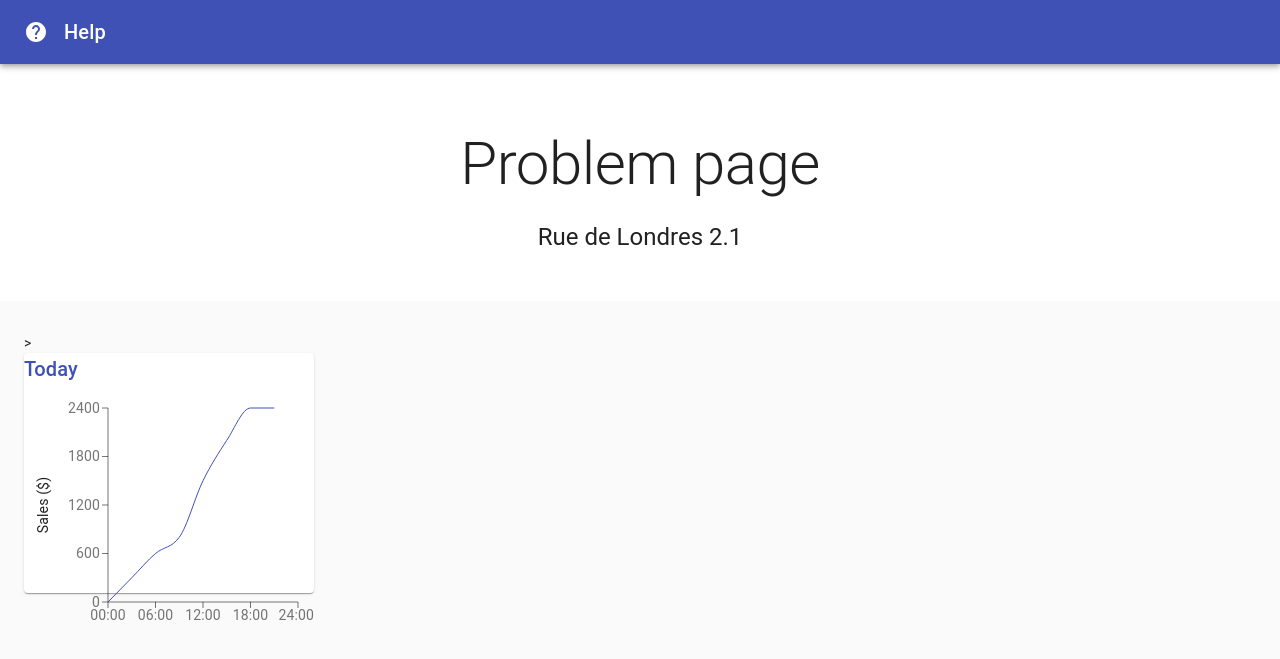
Repository: sapbrussels/intelligenthighway_webapp
Page: /Problempage (app in router/)
The author's editor kept a copy of each file at every save. The page is drawn from the files as they stood at one save, then again after the next save.
The browser window is 1280 px wide. The pictures show the whole page.
The project was rebuilt for these pictures with package versions that can differ from the ones it lists, and the page was loaded fresh each time. Also part of the build but not shown: router/src/App.css, router/src/Login.js, router/src/Maps.js, router/src/Jobspage.js, router/src/Direction.js, router/src/Maintenance.js, router/src/Help.js.

Above is the page before, as saved 2020-03-31 14:55:36.

### router/src/App.js
import React from 'react';
import {BrowserRouter, Route, Switch} from "react-router-dom";
import './App.css';
import Login from './Login';
import Jobspage from'./Jobspage';
import Maintenance from './Maintenance';
import Help from './Help';
import Problempage from './Problempage';

function App() {
  return (
    <BrowserRouter>
    <Switch>
     <Route path='/' exact component={Login}/>
     <Route path='/Jobspage' exact component={Jobspage}/>
     <Route path='/Maintenance' exact component={Maintenance}/>
     <Route path='/Help' exact component={Help}/>
     <Route path='/Problempage' exact component={Problempage}/>
     </Switch>
    </BrowserRouter>

  );
}

export default App;

### router/src/Problempage.js
import React from 'react';
import AppBar from '@material-ui/core/AppBar';
import HelpIcon from '@material-ui/icons/Help';
import Paper from '@material-ui/core/Paper';
import CssBaseline from '@material-ui/core/CssBaseline';
import Grid from '@material-ui/core/Grid';
import Toolbar from '@material-ui/core/Toolbar';
import Typography from '@material-ui/core/Typography';
import { makeStyles } from '@material-ui/core/styles';
import Container from '@material-ui/core/Container';

import Voltage from './Voltage';

const useStyles = makeStyles((theme) => ({
  icon: {
    marginRight: theme.spacing(2),
  },
  heroContent: {
    backgroundColor: theme.palette.background.paper,
    padding: theme.spacing(8, 0, 6),
  },
  heroButtons: {
    marginTop: theme.spacing(4),
  },
  cardGrid: {
    paddingTop: theme.spacing(8),
    paddingBottom: theme.spacing(8),
  },
  card: {
    height: '100%',
    display: 'flex',
    flexDirection: 'column',

  },
  cardMedia: {
    paddingTop: '100%', // 16:9
  },
  cardContent: {
    flexGrow: 1,
  },
  footer: {
    backgroundColor: theme.palette.background.paper,
    padding: theme.spacing(6),
  },
  container: {
    paddingTop: theme.spacing(4),
    paddingBottom: theme.spacing(4),
  },
  paper: {
    height: 240,
  },
}));



export default function Album() {
  const classes = useStyles();

  return (
    <React.Fragment>
      <CssBaseline />
      <AppBar position="relative">
        <Toolbar>
          <HelpIcon className={classes.icon} />
          <Typography variant="h6" color="inherit" noWrap>
            Help
          </Typography>
        </Toolbar>
      </AppBar>
      <main>
        {/* Hero unit */}
        <div className={classes.heroContent}>
          <Container maxWidth="sm">
            <Typography component="h1" variant="h2" align="center" color="textPrimary" gutterBottom>
              Problem page
            </Typography>

              <Grid container spacing={2} justify="center">
                <Grid item>
                <Typography variant="h5">
                 Rue de Londres 2.1
                </Typography>
                </Grid>
              </Grid>

          </Container>
        </div>
        <main className={classes.content}>
        <div className={classes.appBarSpacer} />
        <Container maxWidth="lg" className={classes.container}> {/* lg */}
          <Grid container spacing={3}>
          <Grid  item xs={12} md={4} lg={3}> >
              <Paper className={classes.paper}>
                <Voltage />
              </Paper>
            </Grid>
          </Grid>
        </Container>
      </main>
    </main>
    </React.Fragment>
  );
}

### router/src/listItems.js
import React from 'react';
import ListItem from '@material-ui/core/ListItem';
import ListItemIcon from '@material-ui/core/ListItemIcon';
import ListItemText from '@material-ui/core/ListItemText';
import DashboardIcon from '@material-ui/icons/Dashboard';
import ShoppingCartIcon from '@material-ui/icons/ShoppingCart';
import PeopleIcon from '@material-ui/icons/People';
import { Link } from "react-router-dom";

export const mainListItems = (
  <div>
        <ListItem >
          <ListItemIcon>
            <DashboardIcon />
          </ListItemIcon>
          <ListItemText  primary="jobs page" />
        </ListItem>
      <Link to='/Maintenance'>
          <ListItem button>
          <ListItemIcon>
            <ShoppingCartIcon />
          </ListItemIcon>
          <ListItemText primary="History" />
        </ListItem></Link>
      <Link to='/Help'>
          <ListItem button>
          <ListItemIcon>
            <PeopleIcon />
          </ListItemIcon>
          <ListItemText primary="help" />
        </ListItem></Link>
  </div>
);

### router/src/LightStatus.js
import React from 'react';
import Link from '@material-ui/core/Link';
import { makeStyles } from '@material-ui/core/styles';
import Table from '@material-ui/core/Table';
import TableBody from '@material-ui/core/TableBody';
import TableCell from '@material-ui/core/TableCell';
import TableHead from '@material-ui/core/TableHead';
import TableRow from '@material-ui/core/TableRow';
import Rectangle from 'react-rectangle';
import Title from './Title';



// Generate Order Data
function createData(id, street_light, status,light) {
  return { street_light, status, light};
}

const rows = [
  createData(0, 'Boulevard Avroy 1.9', 'ON', <Rectangle aspectRatio={[3,3]}>
  <div style={{ background: '#008000',  width: '40%', height: '40%' }} />
</Rectangle>),
  createData(1, 'Rue de Londres 2.1', 'OFF',<Rectangle aspectRatio={[3,3]}>
  <div style={{ background: '#FFFFFF', width: '40%', height: '40%' }} />
</Rectangle>),
  createData(2, 'Rue de Londres 2.3', 'X',<Rectangle aspectRatio={[3,3]}>
  <div style={{ background: '#FF0000', width: '40%', height: '40%' }} />
</Rectangle>),
];

function preventDefault(event) {
  event.preventDefault();
}

const useStyles = makeStyles((theme) => ({
  seeMore: {
    marginTop: theme.spacing(3),
    padding: '20px',
    borderRadius:'10px',
  },
}));

export default function LightStatus() {
  const classes = useStyles();
  return (
    <React.Fragment>
      <Title>Light status</Title>
      <Table size="small">
        <TableHead>
          <TableRow>
            <TableCell>street light</TableCell>
            <TableCell>status</TableCell>
            <TableCell></TableCell>
          </TableRow>
        </TableHead>
        <TableBody>
          {rows.map((row) => (
            <TableRow key={row.id}>
              <TableCell>{row.street_light}</TableCell>
              <TableCell> {row.status}</TableCell>
              <TableCell> {row.light}</TableCell>
            </TableRow>
          ))}
        </TableBody>
      </Table>
      <div className={classes.seeMore}>
        <Link color="primary" href="#" onClick={preventDefault}>
          See more lights
        </Link>
      </div>
    </React.Fragment>
  );
}

### router/src/Jobslist.js
import React from 'react';
import {Link} from 'react-router-dom';
import { makeStyles } from '@material-ui/core/styles';
import Table from '@material-ui/core/Table';
import TableBody from '@material-ui/core/TableBody';
import TableCell from '@material-ui/core/TableCell';
import TableHead from '@material-ui/core/TableHead';
import TableRow from '@material-ui/core/TableRow';
import Title from './Title';

// Generate Order Data
function createData(id, location, job, accept, info) {
  return { id, location, job, accept, info };
}

const rows = [
    createData(0, 'Boulevard Avroy 1.9', 'Maintenance',<Link to="/Maintenance"><button>Accept</button></Link>),
    createData(1, 'Rue de Londres 2.1', 'Fix issue',<button>Accept</button>, <Link to="/Problempage"><button>find more info</button></Link>),
];

function preventDefault(event) {
  event.preventDefault();
}

const useStyles = makeStyles((theme) => ({
  seeMore: {
    marginTop: theme.spacing(3),
    padding: '20px',
    borderRadius:'10px',
  },
}));

    export default function Jobslist() {
    const classes = useStyles();
    return (
        <React.Fragment>
        <Title>jobs available</Title>
        <Table size="small">
            <TableHead>
            <TableRow>
                <TableCell>location</TableCell>
                <TableCell>job</TableCell>
                <TableCell>Accept the job</TableCell>
                <TableCell>More info</TableCell>
            </TableRow>
            </TableHead>
            <TableBody>
            {rows.map((row) => (
                <TableRow key={row.id}>
                <TableCell>{row.location}</TableCell>
                <TableCell>{row.job}</TableCell>
                <TableCell>{row.accept}</TableCell>
                <TableCell>{row.info}</TableCell>
                </TableRow>
            ))}
            </TableBody>
        </Table>
        <div className={classes.seeMore}>
            <Link color="primary" href="#" onClick={preventDefault}>
            See more orders
            </Link>
        </div>
        </React.Fragment>
    );
}

### router/src/Checklist.js
import React from 'react';
import Link from '@material-ui/core/Link';
import { makeStyles } from '@material-ui/core/styles';
import Table from '@material-ui/core/Table';
import TableBody from '@material-ui/core/TableBody';
import TableCell from '@material-ui/core/TableCell';
import TableHead from '@material-ui/core/TableHead';
import TableRow from '@material-ui/core/TableRow';
import Title from './Title';
import { Checkbox } from '@material-ui/core';

// Generate Order Data
function createData(id, check, tasks) {
  return { id, check, tasks };
}

const rows = [
  createData(0, <Checkbox></Checkbox>,'Turn all switches OFF & ON to stop dust build up'),
  createData(1, <Checkbox></Checkbox>,'turn all circuit-breakers OFF and reset'),
  createData(2, <Checkbox></Checkbox>,'Check for high resistance joints'),
  createData(3, <Checkbox></Checkbox>,'clean PE cell faces then cover to test functionnality'),
  createData(4, <Checkbox></Checkbox>,'check MEN and earthing'),
  createData(0, <Checkbox></Checkbox>,'Luminaire cleaning and inspection'),
  createData(1, <Checkbox></Checkbox>,'Inspect for any sign of vermin damage in the cabinet'),
  createData(2, <Checkbox></Checkbox>,'Remove grafitit on cabinet'),
  createData(3, <Checkbox></Checkbox>,'Trim all trees that interfere with solar-panels and light output of lulinaires'),
  createData(4, <Checkbox></Checkbox>,'Check all support structures for their integreties'),
  createData(3, <Checkbox></Checkbox>,'Installation, maintenance and replacement of post indentification label'),
  createData(4, <Checkbox></Checkbox>,'Installation, maintenace and replacement of supply point indentification labels'),
];


const useStyles = makeStyles((theme) => ({
  seeMore: {
    marginTop: theme.spacing(3),

  },
}));

export default function Orders() {
  const classes = useStyles();
  return (
    <React.Fragment>
      <Title>Maintenance checklist</Title>
      <Table size="small">
        <TableHead>
          <TableRow>
            <TableCell></TableCell>
            <TableCell>tasks</TableCell>

          </TableRow>
        </TableHead>
        <TableBody>
          {rows.map((row) => (
            <TableRow key={row.id}>
              <TableCell>{row.check}</TableCell>
              <TableCell>{row.tasks}</TableCell>
            </TableRow>
          ))}
        </TableBody>
      </Table>
      <div className={classes.seeMore}>
        <Link><button>Finished</button></Link>
      </div>
    </React.Fragment>
  );
}

### router/src/Voltage.js
import React from 'react';
import { useTheme } from '@material-ui/core/styles';
import { LineChart, Line, XAxis, YAxis, Label, ResponsiveContainer } from 'recharts';
import Title from './Title';

// Generate Sales Data
function createData(time, amount) {
  return { time, amount };
}

const data = [
  createData('00:00', 0),
  createData('03:00', 300),
  createData('06:00', 600),
  createData('09:00', 800),
  createData('12:00', 1500),
  createData('15:00', 2000),
  createData('18:00', 2400),
  createData('21:00', 2400),
  createData('24:00', undefined),
];

export default function Chart() {
  const theme = useTheme();

  return (
    <React.Fragment>
      <Title>Today</Title>
      <ResponsiveContainer>
        <LineChart
          data={data}
          margin={{
            top: 16,
            right: 16,
            bottom: 0,
            left: 24,
          }}
        >
          <XAxis dataKey="time" stroke={theme.palette.text.secondary} />
          <YAxis stroke={theme.palette.text.secondary}>
            <Label
              angle={270}
              position="left"
              style={{ textAnchor: 'middle', fill: theme.palette.text.primary }}
            >
              Sales ($)
            </Label>
          </YAxis>
          <Line type="monotone" dataKey="amount" stroke={theme.palette.primary.main} dot={false} />
        </LineChart>
      </ResponsiveContainer>
    </React.Fragment>
  );
}

Loaded but not shown: router/public/index.html (common file); router/src/index.js (common file); router/src/index.css (common file); router/src/serviceWorker.js (common file); router/src/Title.js (common file)

After the next save:
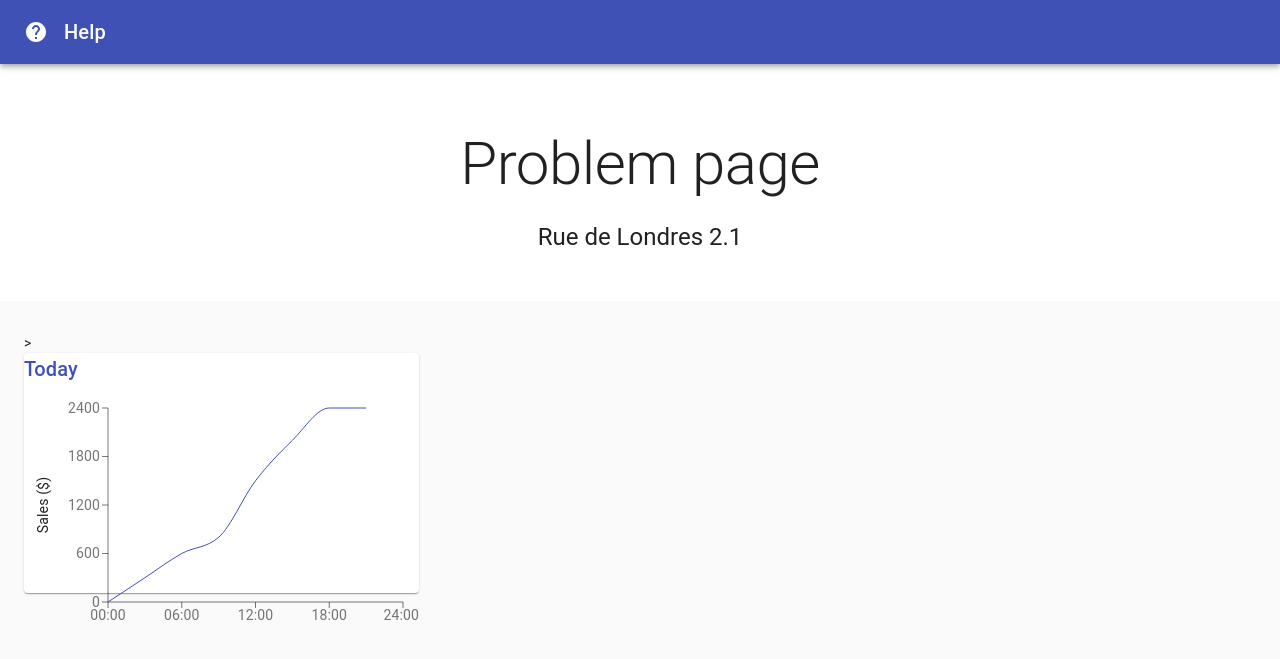
Saved 75 s later.
--- a/router/src/Problempage.js
+++ b/router/src/Problempage.js
@@ -89,7 +89,7 @@ export default function Album() {
         <div className={classes.appBarSpacer} />
         <Container maxWidth="lg" className={classes.container}> {/* lg */}
           <Grid container spacing={3}>
-          <Grid  item xs={12} md={4} lg={3}> >
+          <Grid  item xs={12} md={6} lg={4}> >
               <Paper className={classes.paper}>
                 <Voltage />
               </Paper>
